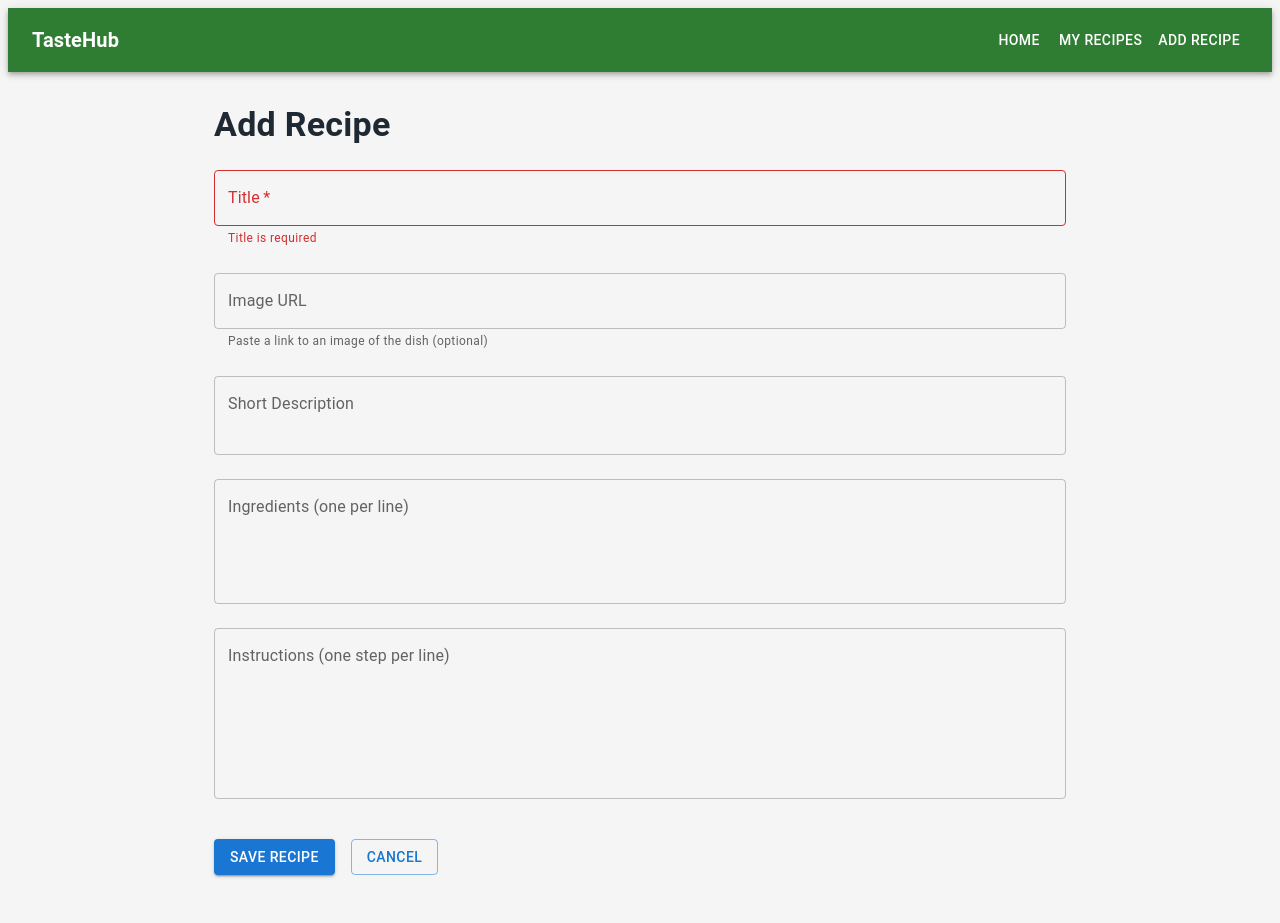
Repository: PabloVega7/TasteHub-Milestone03
Page: /add-recipe
An editor plug-in stored every save of this project. The page is shown before and after the next save, followed by the edit.
The browser window is 1280 px wide. The pictures show the whole page.
The project was rebuilt for these pictures with package versions that can differ from the ones it lists, and the page was loaded fresh each time. Also part of the build but not shown: vite.config.js, src/components/RecipeCard.jsx, src/pages/Home.jsx, src/pages/RecipeDetails.jsx, src/pages/MyRecipes.jsx, src/pages/EditRecipe.jsx.

Above is the page before, as saved 2025-11-29 15:44:26.

After the next save:
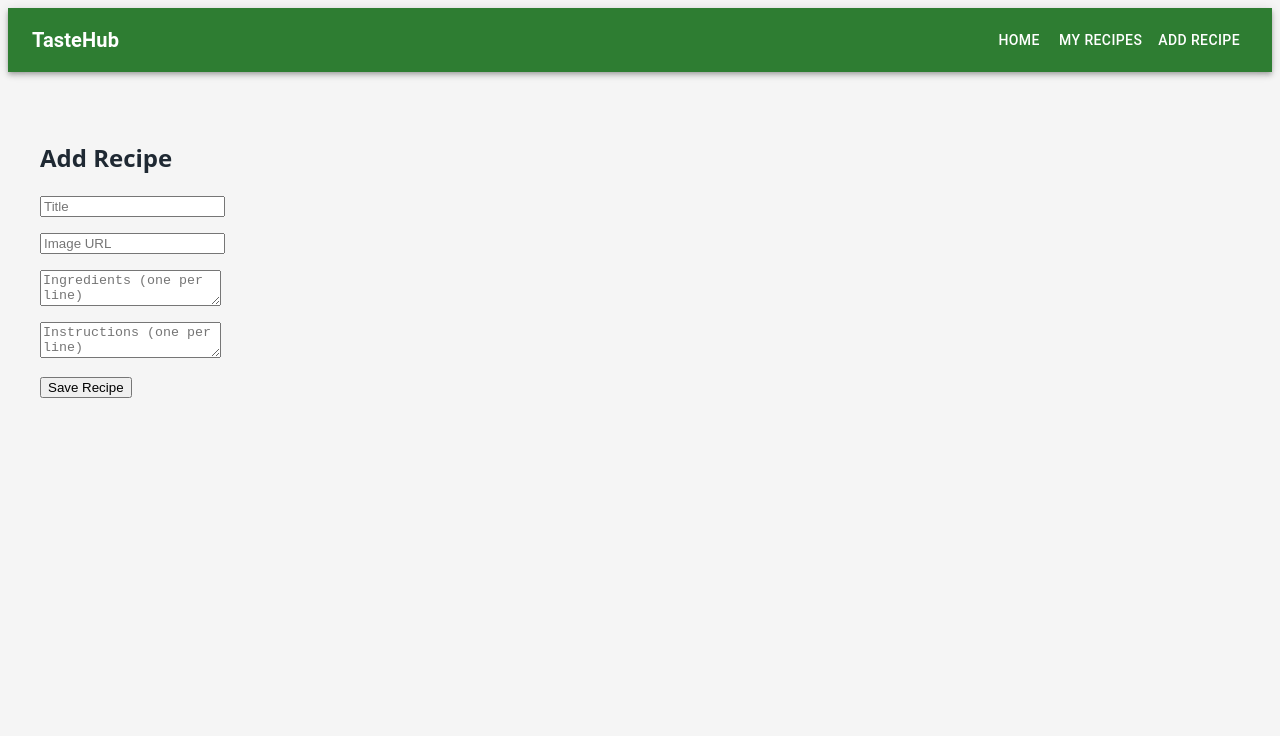
Saved 18 s later.
--- a/src/pages/AddRecipe.jsx
+++ b/src/pages/AddRecipe.jsx
@@ -1,12 +1,4 @@
 import { useState } from "react";
-import {
-  Container,
-  Typography,
-  TextField,
-  Button,
-  Box,
-  Stack,
-} from "@mui/material";
 import { useNavigate } from "react-router-dom";
 import { useRecipes } from "../context/RecipesContext";
 
@@ -16,96 +8,59 @@ export default function AddRecipe() {
 
   const [title, setTitle] = useState("");
   const [image, setImage] = useState("");
-  const [shortDescription, setShortDescription] = useState("");
-  const [ingredientsText, setIngredientsText] = useState("");
-  const [instructionsText, setInstructionsText] = useState("");
+  const [ingredients, setIngredients] = useState("");
+  const [instructions, setInstructions] = useState("");
 
   const handleSubmit = (e) => {
     e.preventDefault();
 
-    if (!title.trim()) {
-      // inline error already shown, this is just extra
-      alert("Please enter a recipe title.");
-      return;
-    }
-
-    const newId = addRecipe({
-      title: title.trim(),
-      image: image.trim(),
-      shortDescription: shortDescription.trim(),
-      ingredients: ingredientsText,
-      instructions: instructionsText,
+    addRecipe({
+      title,
+      image,
+      ingredients,
+      instructions,
     });
 
-    navigate(`/recipe/${newId}`);
+    navigate("/my-recipes");
   };
 
-  const titleIsEmpty = !title.trim();
+  return (
+    <form onSubmit={handleSubmit} style={{ padding: "2rem" }}>
+      <h2>Add Recipe</h2>
 
-  return (
-    <Container maxWidth="md" sx={{ mt: 4, mb: 6 }}>
-      <Typography variant="h4" fontWeight={700} mb={3}>
-        Add Recipe
-      </Typography>
+      <input
+        style={{ display: "block", marginBottom: "1rem" }}
+        value={title}
+        onChange={(e) => setTitle(e.target.value)}
+        placeholder="Title"
+        required
+      />
 
-      <Box
-        component="form"
-        onSubmit={handleSubmit}
-        sx={{ display: "flex", flexDirection: "column", gap: 3 }}>
-        <TextField
-          label="Title"
-          fullWidth
-          value={title}
-          onChange={(e) => setTitle(e.target.value)}
-          required
-          error={titleIsEmpty}
-          helperText={titleIsEmpty ? "Title is required" : ""}
-        />
+      <input
+        style={{ display: "block", marginBottom: "1rem" }}
+        value={image}
+        onChange={(e) => setImage(e.target.value)}
+        placeholder="Image URL"
+        required
+      />
 
-        <TextField
-          label="Image URL"
-          fullWidth
-          value={image}
-          onChange={(e) => setImage(e.target.value)}
-          helperText="Paste a link to an image of the dish (optional)"
-        />
+      <textarea
+        style={{ display: "block", marginBottom: "1rem" }}
+        value={ingredients}
+        onChange={(e) => setIngredients(e.target.value)}
+        placeholder="Ingredients (one per line)"
+        required
+      />
 
-        <TextField
-          label="Short Description"
-          fullWidth
-          multiline
-          minRows={2}
-          value={shortDescription}
-          onChange={(e) => setShortDescription(e.target.value)}
-        />
+      <textarea
+        style={{ display: "block", marginBottom: "1rem" }}
+        value={instructions}
+        onChange={(e) => setInstructions(e.target.value)}
+        placeholder="Instructions (one per line)"
+        required
+      />
 
-        <TextField
-          label="Ingredients (one per line)"
-          fullWidth
-          multiline
-          minRows={4}
-          value={ingredientsText}
-          onChange={(e) => setIngredientsText(e.target.value)}
-        />
-
-        <TextField
-          label="Instructions (one step per line)"
-          fullWidth
-          multiline
-          minRows={6}
-          value={instructionsText}
-          onChange={(e) => setInstructionsText(e.target.value)}
-        />
-
-        <Stack direction="row" spacing={2} sx={{ mt: 2 }}>
-          <Button type="submit" variant="contained">
-            Save Recipe
-          </Button>
-          <Button variant="outlined" onClick={() => navigate(-1)}>
-            Cancel
-          </Button>
-        </Stack>
-      </Box>
-    </Container>
+      <button type="submit">Save Recipe</button>
+    </form>
   );
 }
